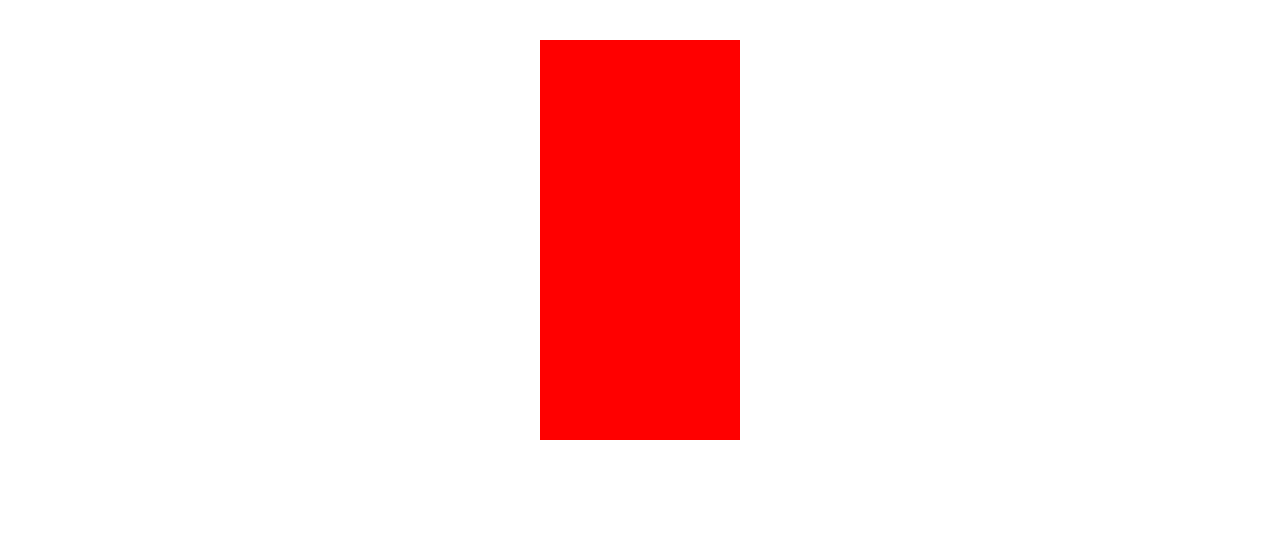
Repository: fangYiYuan/javascript-
Page: translate.html
The author's editor kept a copy of each file at every save. The page is drawn from the files as they stood at one save, then again after the next save.
The browser window is 1280 px wide. The pictures show the whole page.

Above is the page before, as saved 2020-04-16 14:39:05.

After the next save:
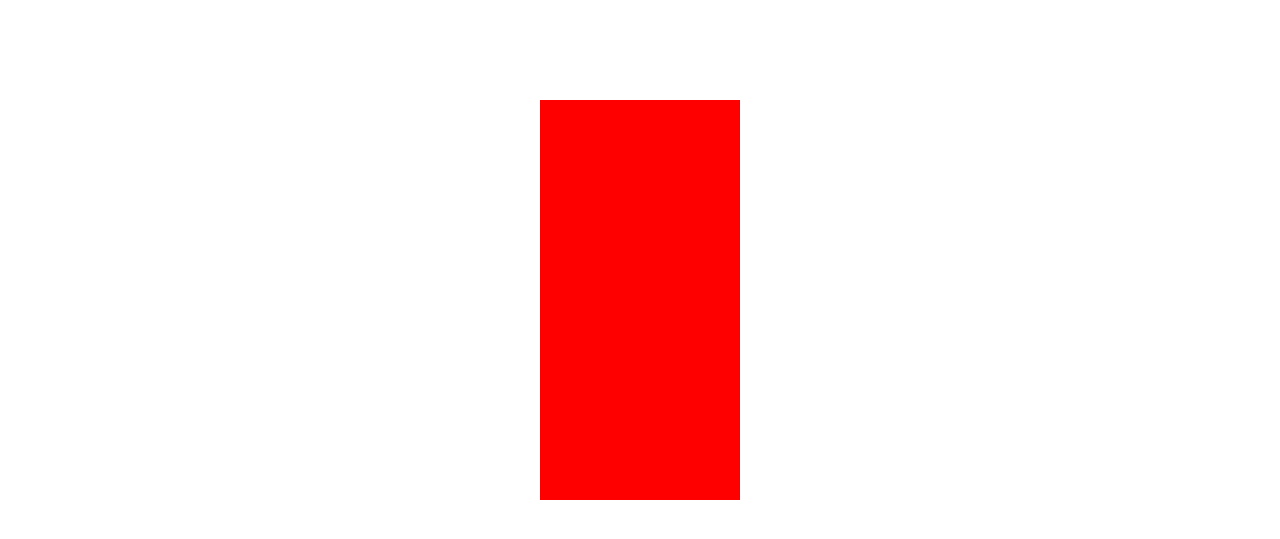
Saved 8 s later.
--- a/translate.html
+++ b/translate.html
@@ -12,7 +12,7 @@
     padding: 0;
   }
   .divbox{
-    margin: 40px auto;
+    margin: 100px auto;
     position: relative;
     width: 200px;
     height: 400px;
